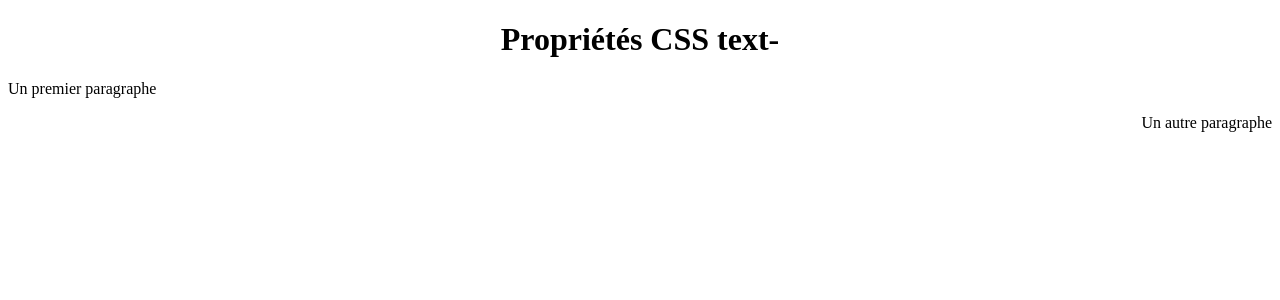
Repository: serviceshuios/-git-reference-java-lyon-worspace
Page: workspaceWeb/MaPremierePage/WebContent/Alignement.html
These files come from the project's save history. The page is drawn as it stood at one moment and after the next save; the edit follows.
The browser window is 1280 px wide. The pictures show the whole page.

Above is the page before, as saved 2017-04-03 16:01:10.

### workspaceWeb/MaPremierePage/WebContent/Alignement.html
<!DOCTYPE html>
<html>
<head>
		<meta charset="UTF-8">
		<title>Alignement</title>
		<link rel="stylesheet" href="css/style6.css" />
	</head>
</head>
<body>
	<h1>Propriétés CSS text-</h1>
	<p class="p1">Un premier paragraphe</p>
	<p class="p2">Un autre paragraphe</p>
</body>
</html>

### workspaceWeb/MaPremierePage/WebContent/css/style6.css
@CHARSET "UTF-8";
h1{
	text-align:center;
}
.p1{
	text-align:left;
}
.p2{
	text-align:right;
}

After the next save:
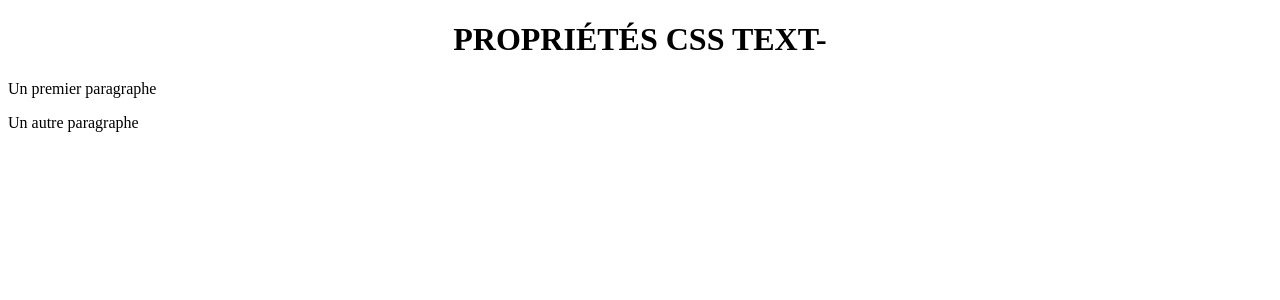
Saved 94 s later.
--- a/workspaceWeb/MaPremierePage/WebContent/css/style6.css
+++ b/workspaceWeb/MaPremierePage/WebContent/css/style6.css
@@ -1,10 +1,11 @@
 @CHARSET "UTF-8";
 h1{
 	text-align:center;
+	text-transform:uppercase;
 }
 .p1{
-	text-align:left;
+	text-align:lowercase;
 }
 .p2{
-	text-align:right;
+	text-align:capitalize;
 }
